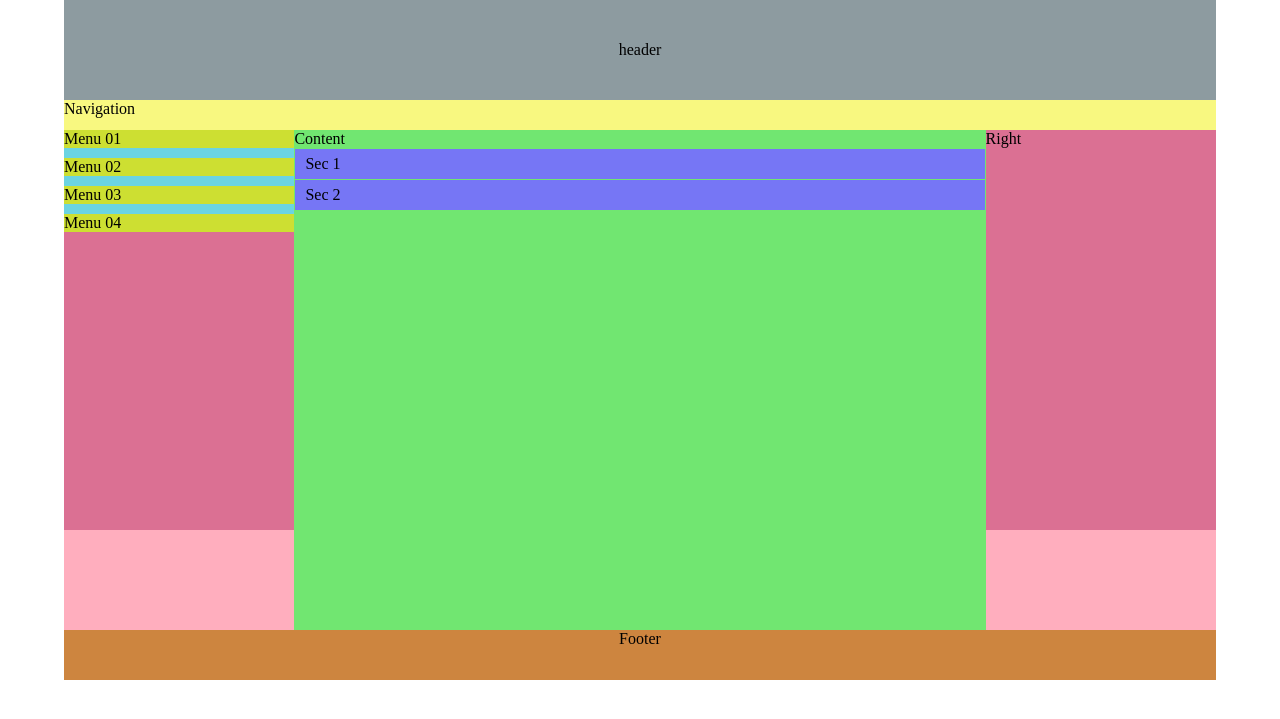
Repository: cvTuananh/Wed-famework
Page: Lab04/lab04/demo04.html
These files come from the project's save history. The page is drawn as it stood at one moment and after a run of saves; the edit follows.
The browser window is 1280 px wide. The pictures show the whole page.

Above is the page before, as saved 2021-09-28 19:08:59.

After the next 3 saves:
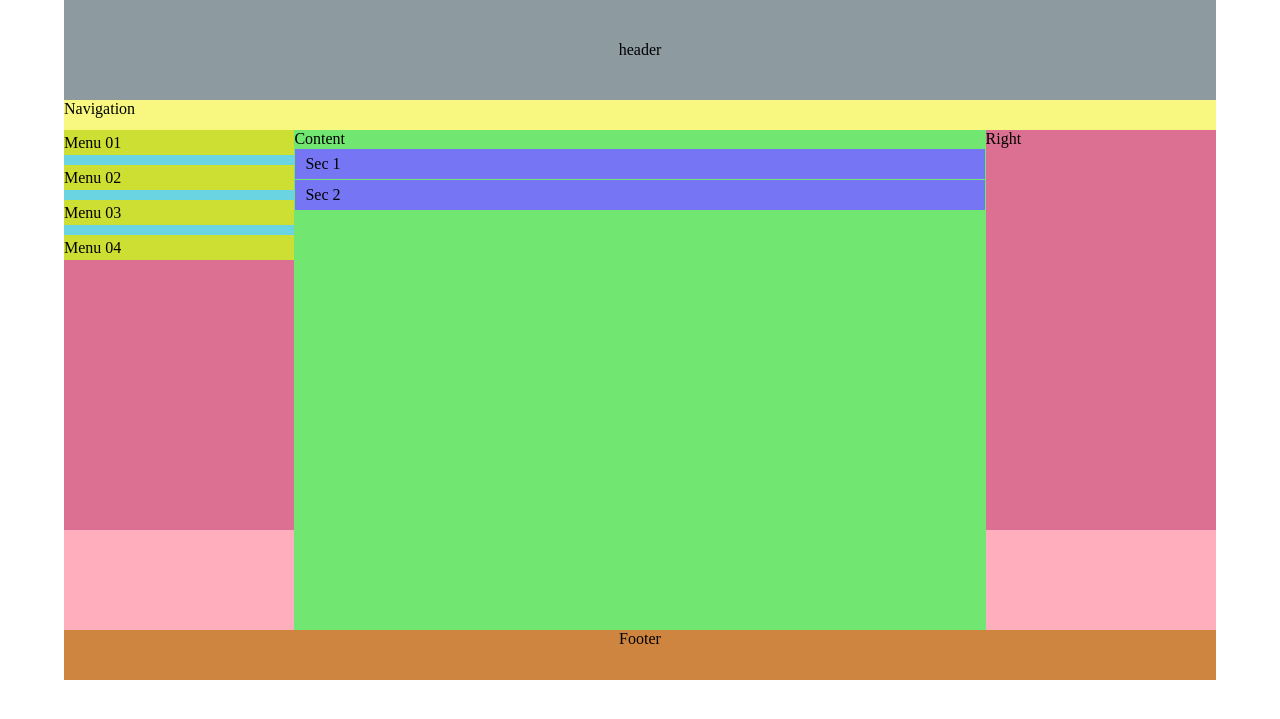
The 3 saves are shown as one change because they came seconds apart.
The last was saved 54 s later.
--- a/Lab04/lab04/demo04.css
+++ b/Lab04/lab04/demo04.css
@@ -55,4 +55,6 @@ section{
 .menu li{
     background-color: rgb(205, 223, 50);
     margin-bottom: 10px;
+    height: 25px;
+    line-height: 25px;
 }
